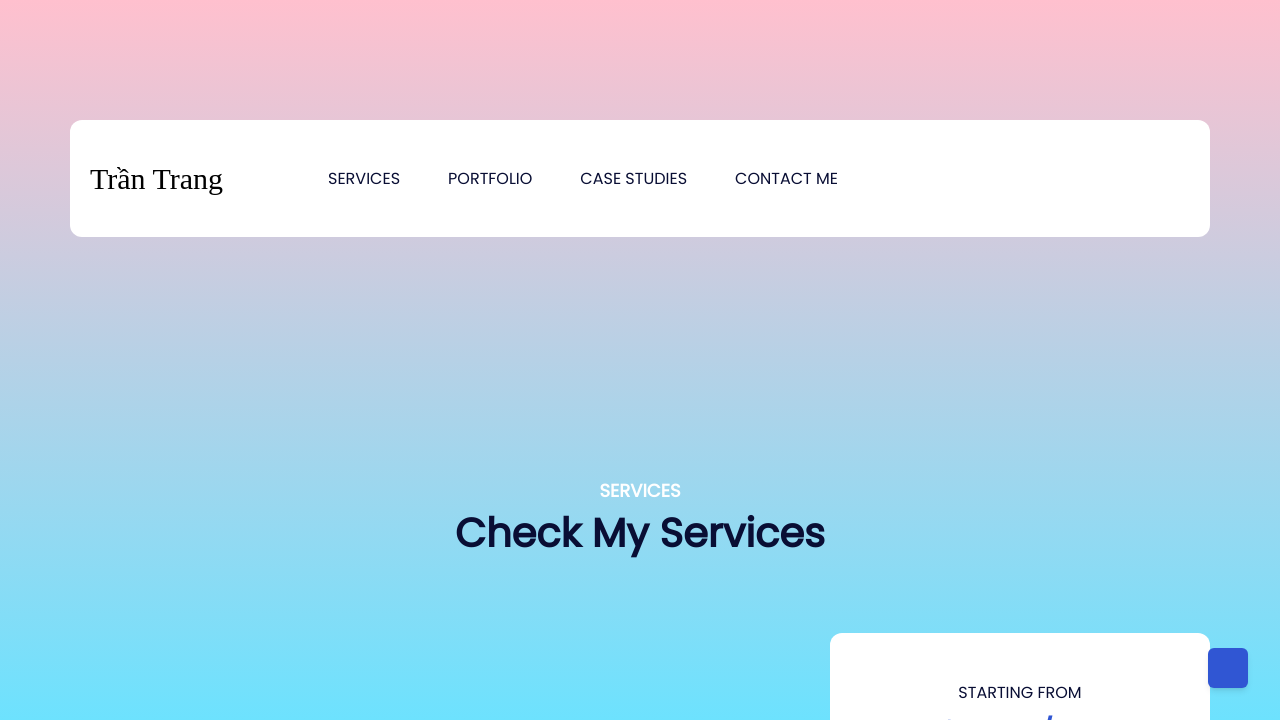
Repository: trantrang2101/CV
Page: index.html
These files come from the project's save history. The page is drawn as it stood at one moment and after the next save; the edit follows.
The browser window is 1280 px wide. The pictures show the whole page.
An inner scrolling area shows only its first screen. Some web fonts or font styles are not loaded; a fallback is used.

Above is the page before, as saved 2022-07-13 19:18:21.
Console error: TypeError: Cannot read properties of null (reading 'offsetTop')

### index.html
<!DOCTYPE html>
<html lang="en" class="scroll-smooth">

<head>
    <meta charset="UTF-8" />
    <meta http-equiv="X-UA-Compatible" content="IE=edge" />
    <meta name="viewport" content="width=device-width, initial-scale=1.0" />
    <title>
        Play | Free Tailwind CSS Template for Startup and SaaS By TailGrids
    </title>
    <link rel="shortcut icon" href="assets/images/favicon.png" type="image/x-icon" />
    <link rel="stylesheet" href="assets/css/animate.css" />
    <link rel="stylesheet" href="assets/css/tailwind.css" />
    <link rel="stylesheet" href="assets/css/style.css" />

    <script src="assets/js/wow.min.js"></script>
    <script>
        new WOW().init();
    </script>
</head>

<body>
    <section id="home" class="pt-20 lg:pt-[120px] pb-20 lg:pb-[120px]">
        <div class="container">
            <div class="bg-white shadow-xl shadow-dark dark:shadow-xl dark:shadow-light wow fadeInUp rounded-xl"
                data-wow-delay=".2s" style="visibility: visible; animation-delay: 0.2s">
                <div class="flex -mx-4 px-5 items-center justify-between relative">
                    <div class="w-60 max-w-full">
                        <a href="#home" class="navbar-logo w-full block py-5">
                            <h1 class="font-script p-4">Trần Trang</h1>
                        </a>
                    </div>
                    <div class="flex justify-between items-center w-full">
                        <div>
                            <button id="navbarToggler"
                                class="block absolute mx-4 right-4 top-1/2 -translate-y-1/2 lg:hidden focus:ring-2 ring-primary px-3 py-[6px] rounded-lg">
                                <span class="relative w-[30px] h-[2px] my-[6px] block bg-dark"></span>
                                <span class="relative w-[30px] h-[2px] my-[6px] block bg-dark"></span>
                                <span class="relative w-[30px] h-[2px] my-[6px] block bg-dark"></span>
                            </button>
                            <nav id="navbarCollapse"
                                class="absolute py-5 lg:py-0 lg:px-4 xl:px-6 bg-white lg:bg-transparent shadow-lg rounded-lg max-w-[250px] w-full lg:max-w-full lg:w-full right-4 top-full hidden lg:block lg:static lg:shadow-none">
                                <ul class="blcok lg:flex">
                                    <li class="relative group">
                                        <a href="#services"
                                            class="ud-menu-scroll text-base text-dark lg:group-hover:opacity-70 lg:group-hover:text-dark group-hover:text-primary py-2 lg:py-6 lg:inline-flex lg:px-0 flex mx-8 lg:mr-0">
                                            SERVICES
                                        </a>
                                    </li>
                                    <li class="relative group">
                                        <a href="#portfolio"
                                            class="ud-menu-scroll text-base text-dark lg:text-dark lg:group-hover:opacity-70 lg:group-hover:text-dark group-hover:text-primary py-2 lg:py-6 lg:inline-flex lg:px-0 flex mx-8 lg:mr-0 lg:ml-7 xl:ml-12">
                                            PORTFOLIO
                                        </a>
                                    </li>
                                    <li class="relative group">
                                        <a href="#case"
                                            class="ud-menu-scroll text-base text-dark lg:text-dark lg:group-hover:opacity-70 lg:group-hover:text-dark group-hover:text-primary py-2 lg:py-6 lg:inline-flex lg:px-0 flex mx-8 lg:mr-0 lg:ml-7 xl:ml-12">
                                            CASE STUDIES
                                        </a>
                                    </li>
                                    <li class="relative group">
                                        <a href="#contact"
                                            class="ud-menu-scroll text-base text-dark lg:text-dark lg:group-hover:opacity-70 lg:group-hover:text-dark group-hover:text-primary py-2 lg:py-6 lg:inline-flex lg:px-0 flex mx-8 lg:mr-0 lg:ml-7 xl:ml-12">
                                            CONTACT ME
                                        </a>
                                    </li>
                                </ul>
                            </nav>
                        </div>
                    </div>
                </div>
            </div>
        </div>
    </section>
    <section id="services" class="pt-20 lg:pt-[120px] pb-12 lg:pb-[90px] relative z-20 overflow-hidden">
        <div class="container">
            <div class="flex flex-wrap -mx-4">
                <div class="w-full px-4">
                    <div class="text-center mx-auto mb-[60px] lg:mb-20 max-w-[620px]">
                        <span class="font-semibold text-lg text-white mb-2 block">
                            SERVICES
                        </span>
                        <h2 class="font-bold text-3xl sm:text-4xl md:text-[40px] text-dark mb-4">
                            Check My Services
                        </h2>
                    </div>
                </div>
            </div>

            <div class="flex flex-wrap items-center justify-center">
                <div class="w-full md:w-1/2 lg:w-1/3">
                    <div class="bg-white rounded-xl relative z-10 overflow-hidden border border-primary border-opacity-20 shadow-pricing py-10 px-8 sm:p-12 lg:py-10 lg:px-6 xl:p-12 mb-10 text-center wow fadeInUp"
                        data-wow-delay=".15s" style="visibility: visible; animation-delay: 0.15s">

                    </div>
                </div>
                <div class="w-full md:w-1/2 lg:w-1/3">
                    <div class="bg-primary bg-gradient-to-b from-primary to-[#179BEE] rounded-xl relative z-10 overflow-hidden shadow-pricing py-10 px-8 sm:p-12 lg:py-10 lg:px-6 xl:p-12 mb-10 text-center wow fadeInUp"
                        data-wow-delay=".1s" style="visibility: visible; animation-delay: 0.1s">

                    </div>
                </div>
                <div class="w-full md:w-1/2 lg:w-1/3">
                    <div class="bg-white rounded-xl relative z-10 overflow-hidden border border-primary border-opacity-20 shadow-pricing py-10 px-8 sm:p-12 lg:py-10 lg:px-6 xl:p-12 mb-10 text-center wow fadeInUp"
                        data-wow-delay=".15s" style="visibility: visible; animation-delay: 0.15s">
                        <span class="text-dark font-medium text-base uppercase block mb-2">
                            STARTING FROM
                        </span>
                        <h2 class="font-semibold text-primary mb-9 text-[28px]">
                            $ 70.99/mo
                        </h2>

                        <div class="mb-10">
                            <p class="text-base font-medium text-body-color leading-loose mb-1">
                                1 User
                            </p>
                            <p class="text-base font-medium text-body-color leading-loose mb-1">
                                All UI components
                            </p>
                            <p class="text-base font-medium text-body-color leading-loose mb-1">
                                Lifetime access
                            </p>
                            <p class="text-base font-medium text-body-color leading-loose mb-1">
                                Free updates
                            </p>
                            <p class="text-base font-medium text-body-color leading-loose mb-1">
                                Use on unlimited project
                            </p>
                            <p class="text-base font-medium text-body-color leading-loose mb-1">
                                4 Months support
                            </p>
                        </div>
                        <div class="w-full">
                            <a href="javascript:void(0)"
                                class="inline-block text-base font-medium text-primary bg-transparent border border-[#D4DEFF] rounded-full text-center py-4 px-11 hover:text-white hover:bg-primary hover:border-primary transition duration-300 ease-in-out">
                                Purchase Now
                            </a>
                        </div>
                    </div>
                </div>
            </div>
        </div>
    </section>
    <a href="javascript:void(0)"
        class="hidden items-center justify-center bg-primary text-white w-10 h-10 rounded-md fixed bottom-8 right-8 left-auto z-[999] hover:bg-dark back-to-top shadow-md transition duration-300 ease-in-out"
        style="display: flex">
        <span class="w-3 h-3 border-t border-l border-white rotate-45 mt-[6px]"></span>
    </a>
    <script src="assets/js/main.js"></script>
    <script>
        const pageLink = document.querySelectorAll(".ud-menu-scroll");
        pageLink.forEach((elem) => {
            elem.addEventListener("click", (e) => {
                e.preventDefault();
                document.querySelector(elem.getAttribute("href")).scrollIntoView({
                    behavior: "smooth",
                    offsetTop: 1 - 60,
                });
            });
        });

        // section menu active
        function onScroll(event) {
            const sections = document.querySelectorAll(".ud-menu-scroll");
            const scrollPos =
                window.pageYOffset ||
                document.documentElement.scrollTop ||
                document.body.scrollTop;

            for (let i = 0; i < sections.length; i++) {
                const currLink = sections[i];
                const val = currLink.getAttribute("href");
                const refElement = document.querySelector(val);
                const scrollTopMinus = scrollPos + 73;
                if (
                    refElement.offsetTop <= scrollTopMinus &&
                    refElement.offsetTop + refElement.offsetHeight > scrollTopMinus
                ) {
                    document
                        .querySelector(".ud-menu-scroll")
                        .classList.remove("active");
                    currLink.classList.add("active");
                } else {
                    currLink.classList.remove("active");
                }
            }
        }

        window.document.addEventListener("scroll", onScroll);
    </script>
</body>

</html>

### assets/css/style.css
html,
body {
  width: 100%;
  height: 100%;
}
html,
body {
  width: 100%;
  height: 100%;
  overflow: auto;
  background: linear-gradient(180deg, #ffc0ce 0%, #6de2fe 100%);
  background-repeat: no-repeat;
  background-position: center top;
  background-size: contain;
}
.font-script {
  font-family: "Imperial Script" !important;
}
h1.font-script {
  font-size: 30px;
}

### assets/js/main.js
(function () {
  "use strict";

  // ======= Sticky
  window.onscroll = function () {
    const ud_header = document.querySelector(".ud-header");
    const sticky = ud_header.offsetTop;
    const logo = document.querySelector(".header-logo");

    if (window.pageYOffset > sticky) {
      ud_header.classList.add("sticky");
    } else {
      ud_header.classList.remove("sticky");
    }

    // === logo change
    if (ud_header.classList.contains("sticky")) {
      logo.src = "assets/images/logo/logo.svg";
    } else {
      logo.src = "assets/images/logo/logo-white.svg";
    }

    // show or hide the back-top-top button
    const backToTop = document.querySelector(".back-to-top");
    if (
      document.body.scrollTop > 50 ||
      document.documentElement.scrollTop > 50
    ) {
      backToTop.style.display = "flex";
    } else {
      backToTop.style.display = "none";
    }
  };

  // ===== responsive navbar
  let navbarToggler = document.querySelector("#navbarToggler");
  const navbarCollapse = document.querySelector("#navbarCollapse");

  navbarToggler.addEventListener("click", () => {
    navbarToggler.classList.toggle("navbarTogglerActive");
    navbarCollapse.classList.toggle("hidden");
  });

  //===== close navbar-collapse when a  clicked
  document
    .querySelectorAll("#navbarCollapse ul li:not(.submenu-item) a")
    .forEach((e) =>
      e.addEventListener("click", () => {
        navbarToggler.classList.remove("navbarTogglerActive");
        navbarCollapse.classList.add("hidden");
      })
    );

  // ===== Sub-menu
  const submenuItems = document.querySelectorAll(".submenu-item");
  submenuItems.forEach((el) => {
    el.querySelector("a").addEventListener("click", () => {
      el.querySelector(".submenu").classList.toggle("hidden");
    });
  });

  // ===== Faq accordion
  const faqs = document.querySelectorAll(".single-faq");
  faqs.forEach((el) => {
    el.querySelector(".faq-btn").addEventListener("click", () => {
      el.querySelector(".icon").classList.toggle("rotate-180");
      el.querySelector(".faq-content").classList.toggle("hidden");
    });
  });

  // ===== wow js
  new WOW().init();

  // ====== scroll top js
  function scrollTo(element, to = 0, duration = 500) {
    const start = element.scrollTop;
    const change = to - start;
    const increment = 20;
    let currentTime = 0;

    const animateScroll = () => {
      currentTime += increment;

      const val = Math.easeInOutQuad(currentTime, start, change, duration);

      element.scrollTop = val;

      if (currentTime < duration) {
        setTimeout(animateScroll, increment);
      }
    };

    animateScroll();
  }

  Math.easeInOutQuad = function (t, b, c, d) {
    t /= d / 2;
    if (t < 1) return (c / 2) * t * t + b;
    t--;
    return (-c / 2) * (t * (t - 2) - 1) + b;
  };

  document.querySelector(".back-to-top").onclick = () => {
    scrollTo(document.documentElement);
  };
})();

Loaded but not shown: assets/css/animate.css (library); assets/css/tailwind.css (library); assets/js/wow.min.js (library)

After the next save:
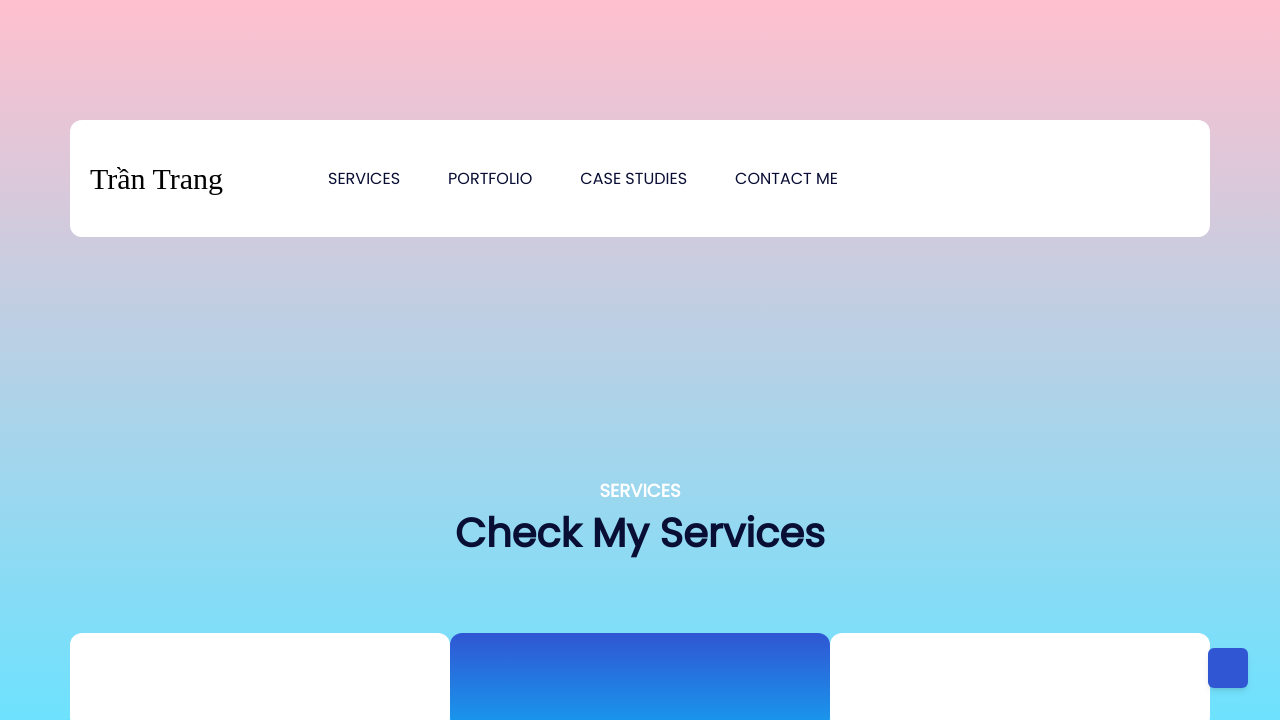
Saved 4 s later.
--- a/index.html
+++ b/index.html
@@ -104,39 +104,7 @@
                 <div class="w-full md:w-1/2 lg:w-1/3">
                     <div class="bg-white rounded-xl relative z-10 overflow-hidden border border-primary border-opacity-20 shadow-pricing py-10 px-8 sm:p-12 lg:py-10 lg:px-6 xl:p-12 mb-10 text-center wow fadeInUp"
                         data-wow-delay=".15s" style="visibility: visible; animation-delay: 0.15s">
-                        <span class="text-dark font-medium text-base uppercase block mb-2">
-                            STARTING FROM
-                        </span>
-                        <h2 class="font-semibold text-primary mb-9 text-[28px]">
-                            $ 70.99/mo
-                        </h2>
 
-                        <div class="mb-10">
-                            <p class="text-base font-medium text-body-color leading-loose mb-1">
-                                1 User
-                            </p>
-                            <p class="text-base font-medium text-body-color leading-loose mb-1">
-                                All UI components
-                            </p>
-                            <p class="text-base font-medium text-body-color leading-loose mb-1">
-                                Lifetime access
-                            </p>
-                            <p class="text-base font-medium text-body-color leading-loose mb-1">
-                                Free updates
-                            </p>
-                            <p class="text-base font-medium text-body-color leading-loose mb-1">
-                                Use on unlimited project
-                            </p>
-                            <p class="text-base font-medium text-body-color leading-loose mb-1">
-                                4 Months support
-                            </p>
-                        </div>
-                        <div class="w-full">
-                            <a href="javascript:void(0)"
-                                class="inline-block text-base font-medium text-primary bg-transparent border border-[#D4DEFF] rounded-full text-center py-4 px-11 hover:text-white hover:bg-primary hover:border-primary transition duration-300 ease-in-out">
-                                Purchase Now
-                            </a>
-                        </div>
                     </div>
                 </div>
             </div>
